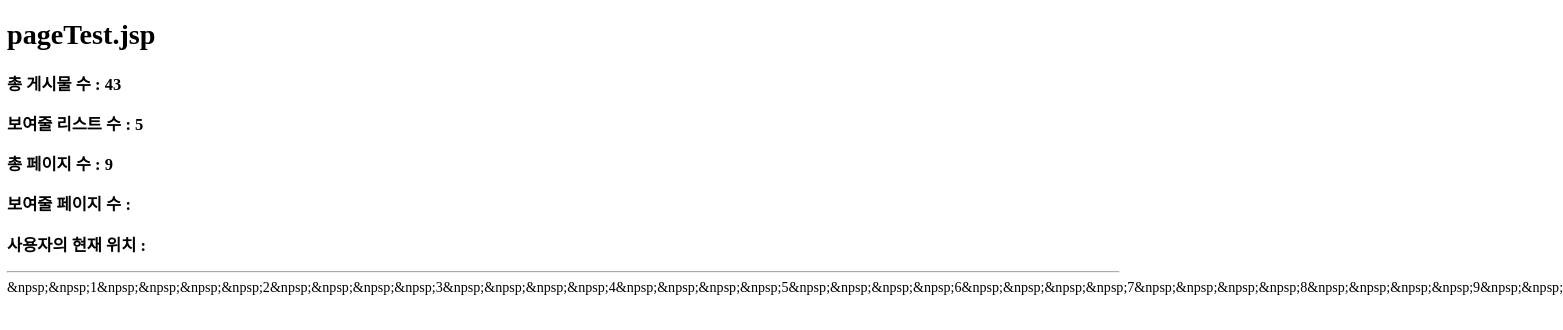
Repository: Rege-97/test
Page: http://localhost/myweb/pageTest.jsp
An editor plug-in stored every save of this project. The page is shown before and after the next save, followed by the edit.
The browser window is 1280 px wide. The page is 1776 px wide, then 1280 px, so the pictures cover 1776 px, including what lies to the right of the window. The pictures show the whole page, at 88% of full size.
The page is served by Tomcat 9. Other server files are loaded and not shown.

Above is the page before, as saved 2025-03-24 03:16:05.

### myweb/src/main/webapp/pageTest.jsp
<%@ page language="java" contentType="text/html; charset=UTF-8" pageEncoding="UTF-8"%>
<!DOCTYPE html>
<html>
<head>
<meta charset="UTF-8">
<title>Insert title here</title>
</head>
<%
// 총 게시물 수
int totalCnt = 43; // db로부터 조회

//보여줄 리스트 수
int listSize = 5;

// 총 페이지 수
int totalPage = (totalCnt / listSize) + 1;
if (totalCnt % listSize == 0)
	totalPage--;
%>
<body>
	<h1>pageTest.jsp</h1>
	<h3>총 게시물 수 : <%=totalCnt%></h3>
	<h3>보여줄 리스트 수 : <%=listSize%></h3>
	<h3>총 페이지 수 : <%=totalPage%></h3>
	<h3>보여줄 페이지 수 :</h3>
	<h3>사용자의 현재 위치 :</h3>
	<hr>
	<%
	for (int i = 1; i <= totalPage; i++) {
		%>&npsp;&npsp;<%=i %>&npsp;&npsp;<%
	}
	%>
</body>
</html>

After the next save:
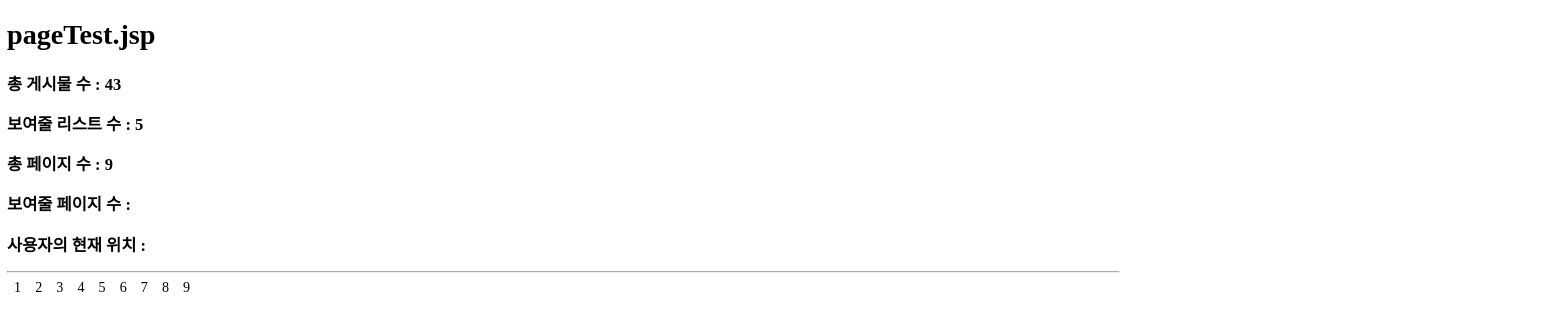
Saved 22 s later.
--- a/myweb/src/main/webapp/pageTest.jsp
+++ b/myweb/src/main/webapp/pageTest.jsp
@@ -27,7 +27,7 @@
 	<hr>
 	<%
 	for (int i = 1; i <= totalPage; i++) {
-		%>&npsp;&npsp;<%=i %>&npsp;&npsp;<%
+		%>&nbsp;&nbsp;<%=i %>&nbsp;&nbsp;<%
 	}
 	%>
 </body>
